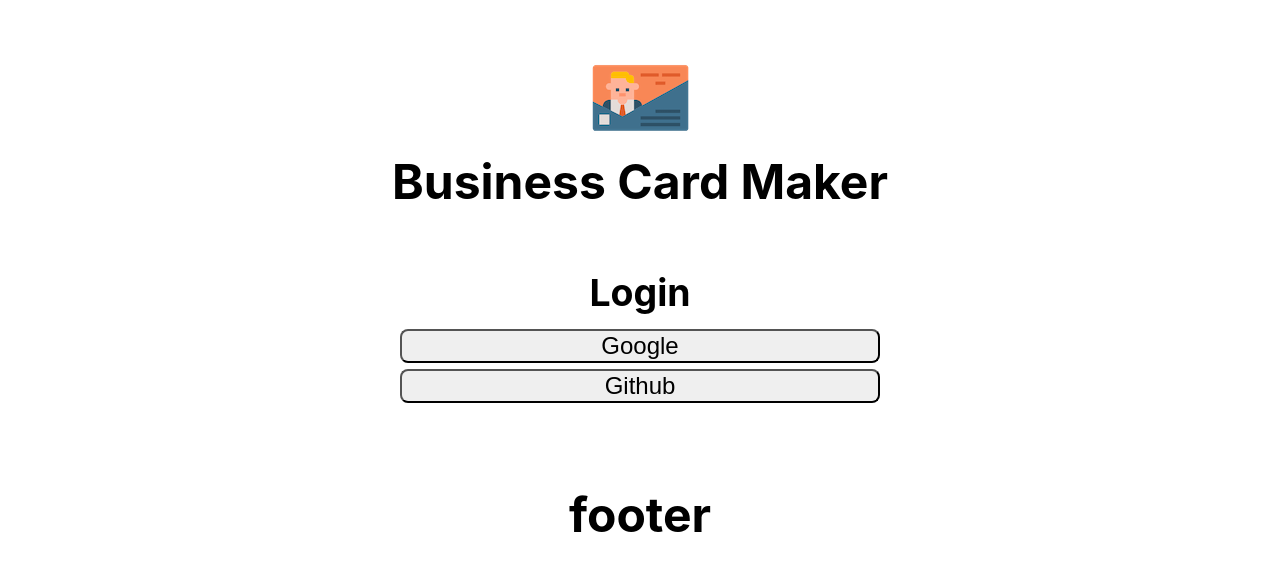
Repository: gomgomigom/firebase_practice_card_maker
Page: /
The author's editor kept a copy of each file at every save. The page is drawn from the files as they stood at one save, then again after the next save.
The browser window is 1280 px wide. The pictures show the whole page.
The page's requests for data from a server got no answer. The project was rebuilt for these pictures with package versions that can differ from the ones it lists, and the page was loaded fresh each time. No one was signed in, and anything a server would have sent is missing.

Above is the page before, as saved 2022-01-21 13:54:59.

### public/index.html
<!DOCTYPE html>
<html lang="en">
  <head>
    <meta charset="utf-8" />
    <link rel="icon" href="./images/logo.png" />
    <meta name="viewport" content="width=device-width, initial-scale=1" />
    <meta name="theme-color" content="#000000" />
    <meta
      name="description"
      content="Web site created using create-react-app"
    />
    <title>Card-Maker</title>
  </head>
  <body>
    <noscript>You need to enable JavaScript to run this app.</noscript>
    <div id="root"></div>
  </body>
</html>

### src/index.js
import React from 'react';
import ReactDOM from 'react-dom';
import './index.module.css';
import App from './app';
import AuthService from './service/auth_service';

const authService = new AuthService();
ReactDOM.render(
  <React.StrictMode>
    <App authService={authService} />
  </React.StrictMode>,
  document.getElementById('root')
);

### src/app.js
import './app.css';
import Login from './components/login/login';

function App({ authService }) {
  return (
    <h1>
      <Login authService={authService} />
    </h1>
  );
}

export default App;

### src/service/auth_service.js
import firebase from 'firebase';
import firebaseApp from './firebase';

class AuthService {
  login(providerName) {
    const authProvider = new firebase.auth[`${providerName}AuthProvider`]();
    return firebaseApp.auth().signInWithPopup(authProvider);
  }
}
export default AuthService;

### src/components/login/login.jsx
import React from 'react';
import Footer from '../footer/footer';
import Header from '../header/header';
import styles from './login.module.css';

const Login = ({ authService }) => {
  const onLogin = (event) => {
    authService //
      .login(event.currentTarget.textContent)
      .then(console.log);
  };

  return (
    <section className={styles.login}>
      <Header />
      <section className={styles.loginList}>
        <h1 className={styles.title}>Login</h1>
        <ul>
          <li>
            <button className={styles.button} onClick={onLogin}>
              Google
            </button>
          </li>
          <li>
            <button className={styles.button} onClick={onLogin}>
              Github
            </button>
          </li>
        </ul>
      </section>
      <Footer />
    </section>
  );
};

export default Login;

### src/service/firebase.js
import firebase from 'firebase';

const firebaseConfig = {
  apiKey: process.env.REACT_APP_FIREBASE_API_KEY,
  authDomain: process.env.REACT_APP_FIREBASE_AUTH_DOMAIN,
  projectId: process.env.REACT_APP_FIREBASE_PROJECT_ID,
  storageBucket: process.env.REACT_APP_FIREBASE_STORAGE_BUCKET,
};

const firebaseApp = firebase.initializeApp(firebaseConfig);

export default firebaseApp;

### src/components/footer/footer.jsx
import React from 'react';

const Footer = (props) => <h1>footer</h1>;

export default Footer;

### src/components/header/header.jsx
import React from 'react';
import styles from './header.module.css';

const Header = ({ onLogout }) => {
  return (
    <header className={styles.header}>
      {onLogout && (
        <button className={styles.button} onClick={onLogout}>
          Logout
        </button>
      )}
      <img className={styles.logo} src='/images/logo.png' alt='logo' />
      <h1 className={styles.title}>Business Card Maker</h1>
    </header>
  );
};

export default Header;

### src/components/login/login.module.css
@value makerGrey from '../../common/colors.css';
@value makerWhite from '../../common/colors.css';
@value makerGreen from '../../common/colors.css';

.login {
  display: flex;
  flex-direction: column;
  align-items: center;
  justify-content: center;
  background-color: makerGrey;
  padding: 2rem;
}

.loginList {
  width: 40rem;
  height: 14rem;
  flex-direction: column;
  display: flex;
  align-items: center;
  justify-content: center;
  background-color: makerWhite;
}

li {
  list-style: none;
}

ul {
  margin: 0;
  padding: 0;
}

.title {
  margin: 0.5rem;
}

.button {
  border: 2px solid makerGreen;
  border-radius: 0.5rem;
  width: 30rem;
  font-size: 1.5rem;
}

### src/components/header/header.module.css
@value makerBlack from '../../common/colors.css';
@value makerGreen from '../../common/colors.css';
@value makerWhite from '../../common/colors.css';
@value makerWheat from '../../common/colors.css';

.header {
  width: 40rem;
  display: flex;
  flex-wrap: wrap;
  flex-direction: column;
  justify-content: center;
  align-items: center;
  font-size: 2rem;
  background-color: makerGreen;
}

.logo {
  margin: 0.6rem;
}

.title {
  color: makerWhite;
  margin: 0.6rem;
}

Loaded but not shown: src/index.module.css (common file); src/app.css (common file)

After the next save:
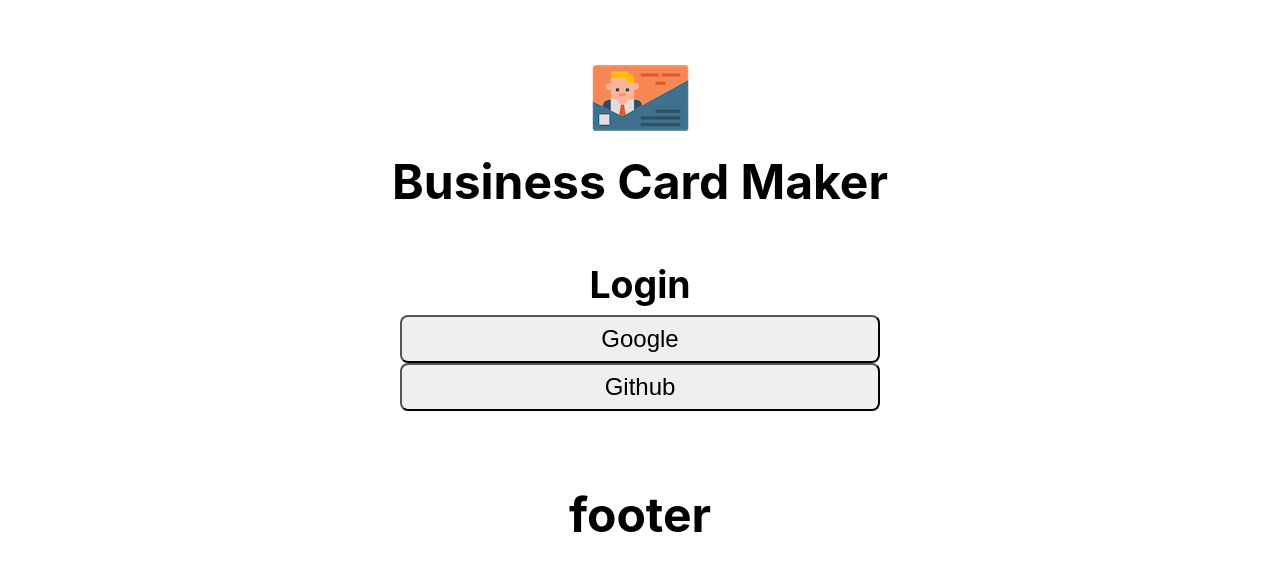
Saved 9 s later.
--- a/src/components/login/login.module.css
+++ b/src/components/login/login.module.css
@@ -39,4 +39,5 @@ ul {
   border-radius: 0.5rem;
   width: 30rem;
   font-size: 1.5rem;
+  padding: 0.5rem;
 }
